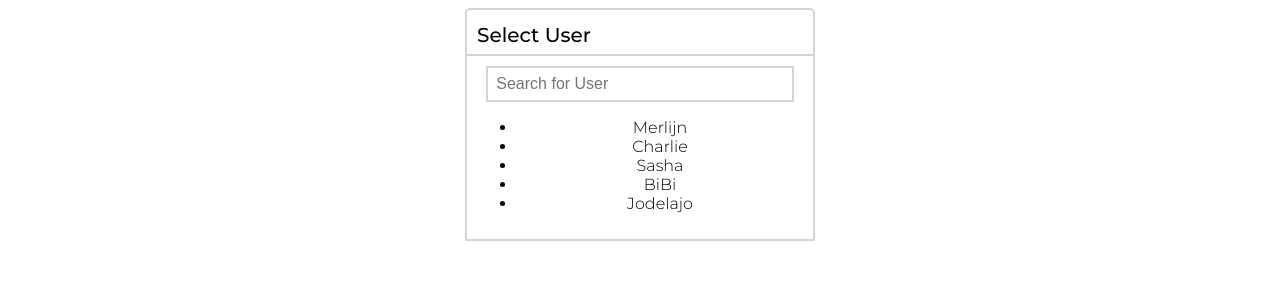
Repository: jodelajo/nuxt-filter-tutorial
Page: /
The author's editor kept a copy of each file at every save. The page is drawn from the files as they stood at one save, then again after the next save.
The browser window is 1280 px wide. The pictures show the whole page.
The project was rebuilt for these pictures with package versions that can differ from the ones it lists, and the page was loaded fresh each time. The framework's server and built-in components were replaced by stand-ins that run in the browser. Also part of the build but not shown: nuxt.config.js, components/NuxtLogo.vue, components/Tutorial.vue.

Above is the page before, as saved 2021-12-11 12:41:09.

After the next save:
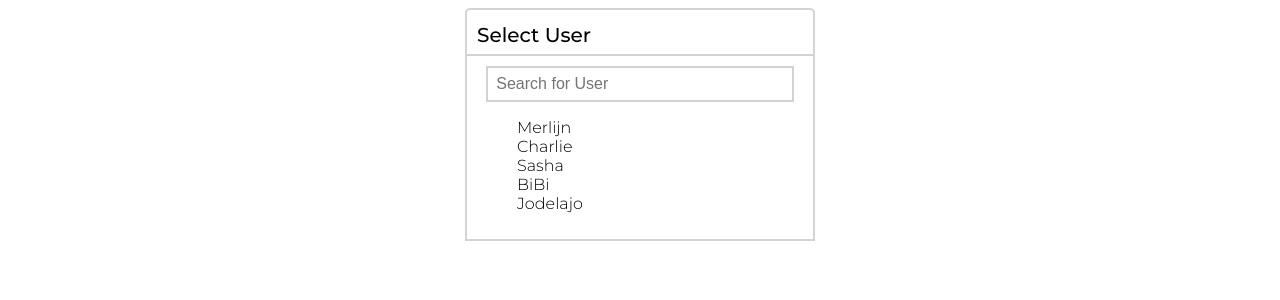
Saved 42 s later.
--- a/pages/index.vue
+++ b/pages/index.vue
@@ -86,4 +86,11 @@ input {
   font-size: 16px;
   padding-left: 8px;
 }
+.options {
+  width: 100%;
+}
+.options ul {
+  list-style: none;
+  text-align: left;
+}
 </style>
